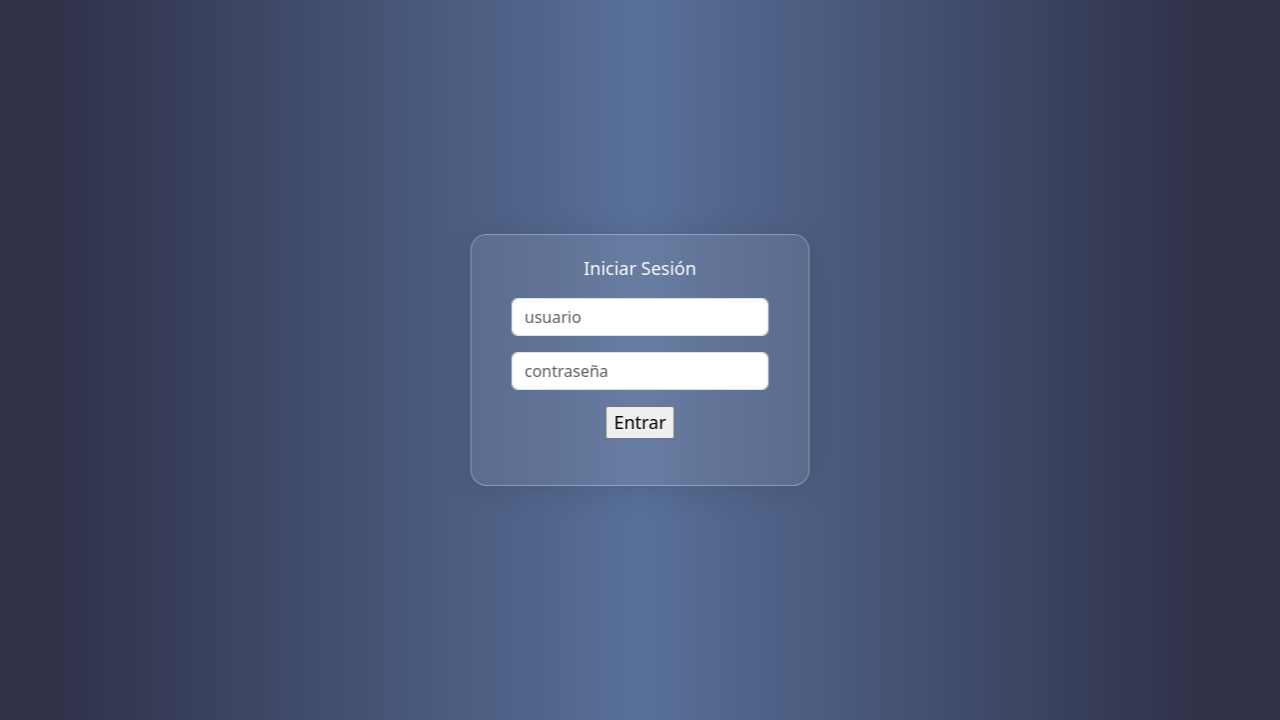
Repository: ingandresmolero/AdministrativoBarber
Page: http://localhost/
These files come from the project's save history. The page is drawn as it stood at one moment and after the next save; the edit follows.
The browser window is 1280 px wide. The pictures show the whole page.
The page is run by PHP 8.4 with error messages shown; the project is at /var/www/html/. Style sheets and scripts are compiled from the project's sources, by tool versions that may differ from the author's.

Above is the page before, as saved 2023-05-02 21:41:50.

After the next save:
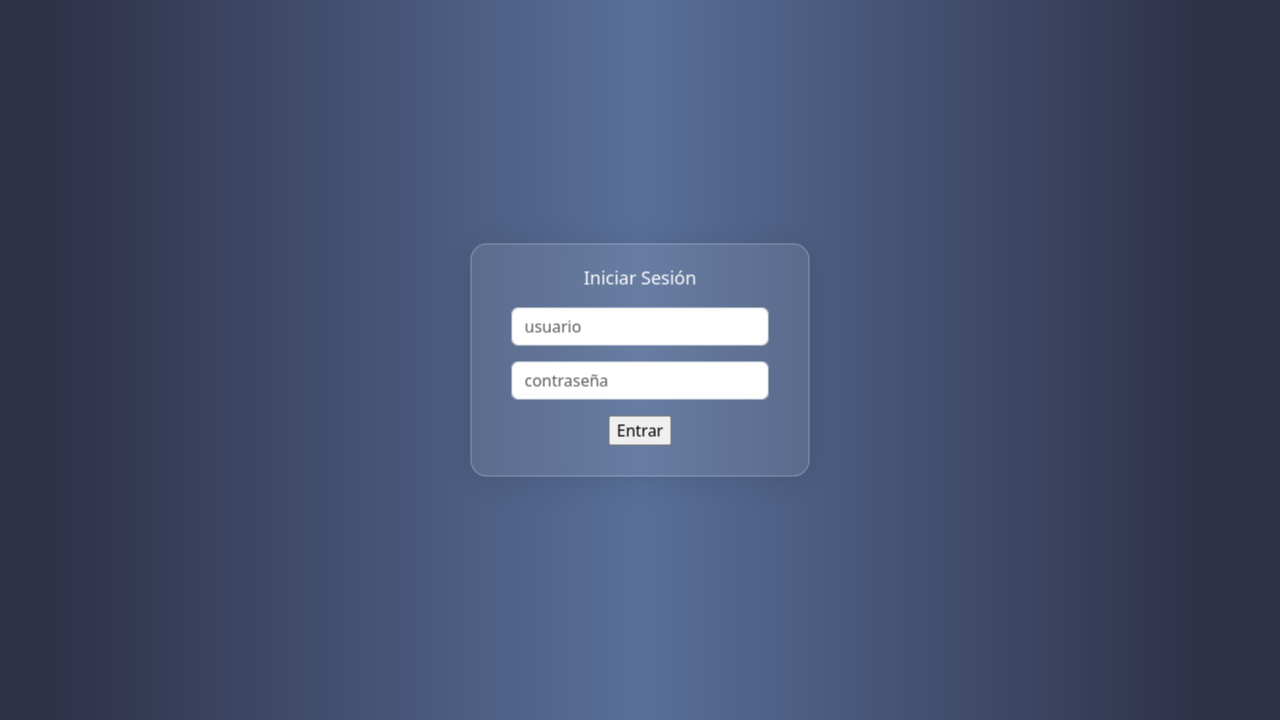
Saved 38 s later.
--- a/NEW/index.php
+++ b/NEW/index.php
@@ -26,7 +26,7 @@
                 <input type="password" class="form-control" name="passw" id="exampleInputPassword1" placeholder="contraseña">
             </div>
 
-            <p><input type="submit" name="login" value="Entrar"></p>
+            <input class="submit-btn" type="submit" name="login" value="Entrar">
         </form>
     </div>
     <script src="https://cdn.jsdelivr.net/npm/bootstrap@5.3.0-alpha3/dist/js/bootstrap.bundle.min.js" integrity="sha384-ENjdO4Dr2bkBIFxQpeoTz1HIcje39Wm4jDKdf19U8gI4ddQ3GYNS7NTKfAdVQSZe" crossorigin="anonymous"></script>
